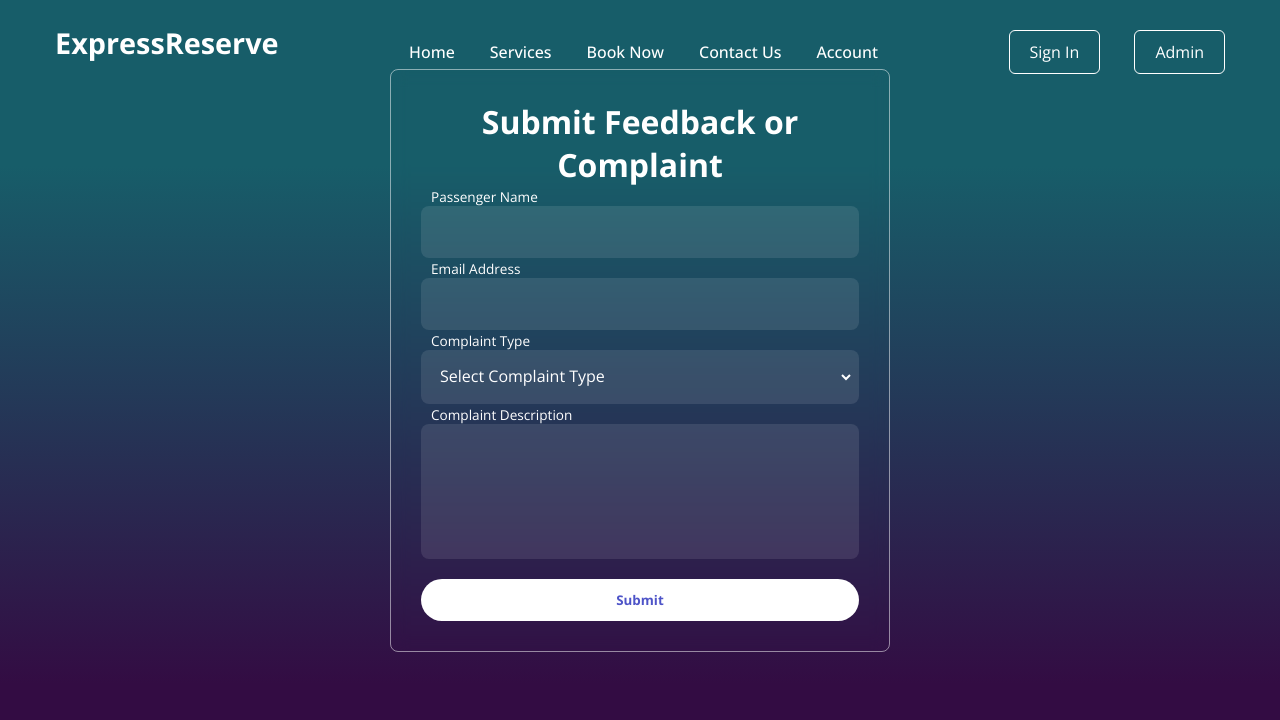
Repository: AmodhyaSharinda/Train-Reservation-system
Page: http://localhost/Train_reserve/ContactUs.jsp
An editor plug-in stored every save of this project. The page is shown before and after the next save, followed by the edit.
The browser window is 1280 px wide. The pictures show the whole page.
The page is served by Tomcat 9. Other server files are loaded and not shown.

Above is the page before, as saved 2024-10-08 08:17:58.

### Train reserve/src/main/webapp/ContactUs.jsp
<!DOCTYPE html>
<html lang="en">
<head>
    <meta charset="UTF-8">
    <meta name="viewport" content="width=device-width, initial-scale=1.0">
    <title>Feedback - Online Train Reservation System</title>
    <link rel="stylesheet" href="home.css">
    <style>
        /* Existing styles retained */
        @import url("https://fonts.googleapis.com/css2?family=Open+Sans:wght@300;400;500;600;700&display=swap");

        * {
		  margin: 0;
		  padding: 0;
		  box-sizing: border-box;
		  font-family: "Open Sans", sans-serif;
		}

        body {
            display: flex;
            align-items: center;
            justify-content: center;
            min-height: 100vh;
            width: 100%;
            padding: 0 10px;
  			background: linear-gradient(to bottom, #175d69 23%, #330c43 95%);
            position: relative;
        }

        .wrapper {
    		margin: 20px 0;
            width: 500px;
            border-radius: 8px;
            padding: 30px;
            text-align: center;
            border: 1px solid rgba(255, 255, 255, 0.5);
            backdrop-filter: blur(8px);
            -webkit-backdrop-filter: blur(8px);
        }

        h2 {
            font-size: 2rem;
            margin-bottom: 20px;
            color: #fff;
        }

        /* General styles */
.input-field {
    position: relative;
    margin: 20px 0;
    padding: 5px;
    background: rgba(255, 255, 255, 0.1);
    border-radius: 8px;
    transition: background 0.3s ease;
}

.input-field label {
    position: absolute;
    top: 50%;
    left: 10px;
    transform: translateY(-50%);
    color: rgba(255, 255, 255, 0.7);
    font-size: 16px;
    pointer-events: none;
    transition: 0.2s ease;
}

/* Style adjustments for the input, textarea, and select */
.input-field input,
.input-field textarea,
.input-field select {
    width: 100%;
    background: transparent;
    border: none;
    outline: none;
    font-size: 16px;
    padding: 10px;
    color: #fff;
}

/* Textarea specific styles */
.input-field textarea {
    height: 120px;
    resize: none;
}

/* Focus styles */
.input-field input:focus,
.input-field textarea:focus,
.input-field select:focus {
    background: rgba(255, 255, 255, 0.3);
    box-shadow: 0 0 5px rgba(255, 255, 255, 0.5);
}

/* Styles to keep label elevated */
.input-field input:focus ~ label,
.input-field input:valid ~ label,
.input-field textarea:focus ~ label,
.input-field textarea:valid ~ label,
.input-field select:focus ~ label,
.input-field select:valid ~ label,
.input-field input:not(:placeholder-shown) ~ label,
.input-field textarea:not(:placeholder-shown) ~ label,
.input-field select:not(:placeholder-shown) ~ label {
    top: -10px;
    font-size: 0.85rem;
    color: #fff;
}

.input-field select option {
    background: rgba(0, 0, 0, 0.9); /* Darker background for options */
    color: #fff; /* Text color for options */
}

/* Button styles */
button {
    width: 100%;
    padding: 12px;
    background-color: #fff;
    color: #4e54c8;
    font-weight: bold;
    border: none;
    border-radius: 30px;
    cursor: pointer;
    transition: background 0.3s ease;
}

button:hover {
    background-color: #8f94fb;
    color: #fff;
    box-shadow: 0 4px 20px rgba(143, 148, 251, 0.5);
}



    </style>
</head>
<body>
    <!-- Header section with navigation -->
    <header class="header">
        <nav class="navbar">
            <h2 class="logo"><a href="#">ExpressReserve</a></h2>
            <input type="checkbox" id="menu-toggle" />
            <label for="menu-toggle" id="hamburger-btn">
                <svg xmlns="http://www.w3.org/2000/svg" height="24" viewBox="0 0 24 24" width="24">
                    <path d="M3 12h18M3 6h18M3 18h18" stroke="currentColor" stroke-width="2" stroke-linecap="round"/>
                </svg>
            </label>
            <ul class="links">
                <li><a href="home.jsp">Home</a></li>
                <li><a href="#">Services</a></li>
                <li><a href="#">Book Now</a></li>
                <li><a href="#">Contact Us</a></li>
          		<li><a href="Account.jsp">Account</a></li>
            </ul>
            <div class="buttons">
	          <a href="login.jsp" class="signup">Sign In</a>
	          <a href="#" class="signup">Admin</a>
            </div>
        </nav>
    </header>

    <!-- Middle section for feedback form -->
    <div class="wrapper">
        <h2>Submit Feedback or Complaint</h2>
        <form action="SubmitFeedback" method="post">
		    <div class="input-field">
		        <input type="text" name="PassengerName" required autocomplete="off">
		        <label>Passenger Name</label>
		    </div>
		    <div class="input-field">
		        <input type="email" name="PassengerEmail" required autocomplete="off">
		        <label>Email Address</label>
		    </div>
		    <div class="input-field">
		        <select id="complaintType" name="complaintType" required>
		            <option value="">Select Complaint Type</option>
		            <option value="Train Services">Train Services</option>
		            <option value="Station Facilities">Station Facilities</option>
		            <option value="Staff Behavior">Staff Behavior</option>
		        </select>
		        <label>Complaint Type</label>
		    </div>
		    <div class="input-field">
		        <textarea id="complaintDescription" name="Feedback" required></textarea>
		        <label>Complaint Description</label>
		    </div>
		    <button type="submit">Submit</button>
		</form>

    </div>

</body>
</html>

### Train reserve/src/main/webapp/home.css
/* Importing Google font - Open Sans */
@import url("https://fonts.googleapis.com/css2?family=Open+Sans:wght@300;400;500;600;700&display=swap");

* {
  margin: 0;
  padding: 0;
  box-sizing: border-box;
  font-family: "Open Sans", sans-serif;
}

body {
  height: 100vh;
  width: 100%;
  background: linear-gradient(to bottom, #175d69 23%, #330c43 95%);
}

.header {
  position: fixed;
  top: 0;
  left: 0;
  width: 100%;
}

.navbar {
  display: flex;
  align-items: center;
  justify-content: space-between;
  max-width: 1200px;
  margin: 0 auto;
  padding: 20px 15px;
}

.navbar .logo a {
  font-size: 1.8rem;
  text-decoration: none;
  color: #fff;
}

.navbar .links {
  display: flex;
  align-items: center;
  list-style: none;
  gap: 35px;
}

.navbar .links a {
  font-weight: 500;
  text-decoration: none;
  color: #fff;
  padding: 10px 0;
  transition: 0.2s ease;
}

.navbar .links a:hover {
  color: #47b2e4;
}

.navbar .buttons a {
  text-decoration: none;
  color: #fff;
  font-size: 1rem;
  padding: 15px 0;
  transition: 0.2s ease;
}

.navbar .buttons a:not(:last-child) {
  margin-right: 30px;
}

.navbar .buttons .signin:hover {
  color: #47b2e4;
}

.navbar .buttons .signup {
  border: 1px solid #fff;
  padding: 10px 20px;
  border-radius: 0.375rem;
  text-align: center;
  transition: 0.2s ease;
}

.navbar .buttons .signup:hover {
  background-color: #47b2e4;
  color: #fff;
}

.hero-section {
  display: flex;
  justify-content: space-evenly;
  align-items: center;
  height: 95vh;
  padding: 0 15px;
  max-width: 1200px;
  margin: 0 auto;
}

.hero-section .hero {
  max-width: 50%;
  color: #fff;
}

.hero h2 {
  font-size: 2.5rem;
  margin-bottom: 20px;
}

.hero p {
  font-size: 1.2rem;
  margin-bottom: 20px;
  color: #c9c7c7;
}

.hero-section .img img {
  width: 517px;
}

.hero-section .buttons {
  margin-top: 40px;
}

.hero-section .buttons a {
  text-decoration: none;
  color: #fff;
  padding: 12px 24px;
  border-radius: 0.375rem;
  font-weight: 600;
  transition: 0.2s ease;
  display: inline-block;
}

.hero-section .buttons a:not(:last-child) {
  margin-right: 15px;
}

.buttons .join {
  background-color: #47b2e4;
}

.hero-section .buttons .learn {
  border: 1px solid #fff;
  border-radius: 0.375rem;
}

.hero-section .buttons a:hover {
  background-color: #47b2e4;
}

/* Hamburger menu styles */
#menu-toggle {
  display: none;
}

#hamburger-btn {
  font-size: 1.8rem;
  color: #fff;
  cursor: pointer;
  display: none;
  order: 1;
}

@media screen and (max-width: 1023px) {
  .navbar .logo a {
    font-size: 1.5rem;
  }

  .links {
    position: fixed;
    left: -100%;
    top: 75px;
    width: 100%;
    height: 100vh;
    padding-top: 50px;
    background: #175d69;
    flex-direction: column;
    transition: 0.3s ease;
  }

  .navbar #menu-toggle:checked ~ .links {
    left: 0;
  }

  .navbar #hamburger-btn {
    display: block;
  }

  .header .buttons {
    display: none;
  }

  .hero-section .hero {
    max-width: 100%;
    text-align: center;
  }

  .hero-section img {
    display: none;
  }


}

After the next save:
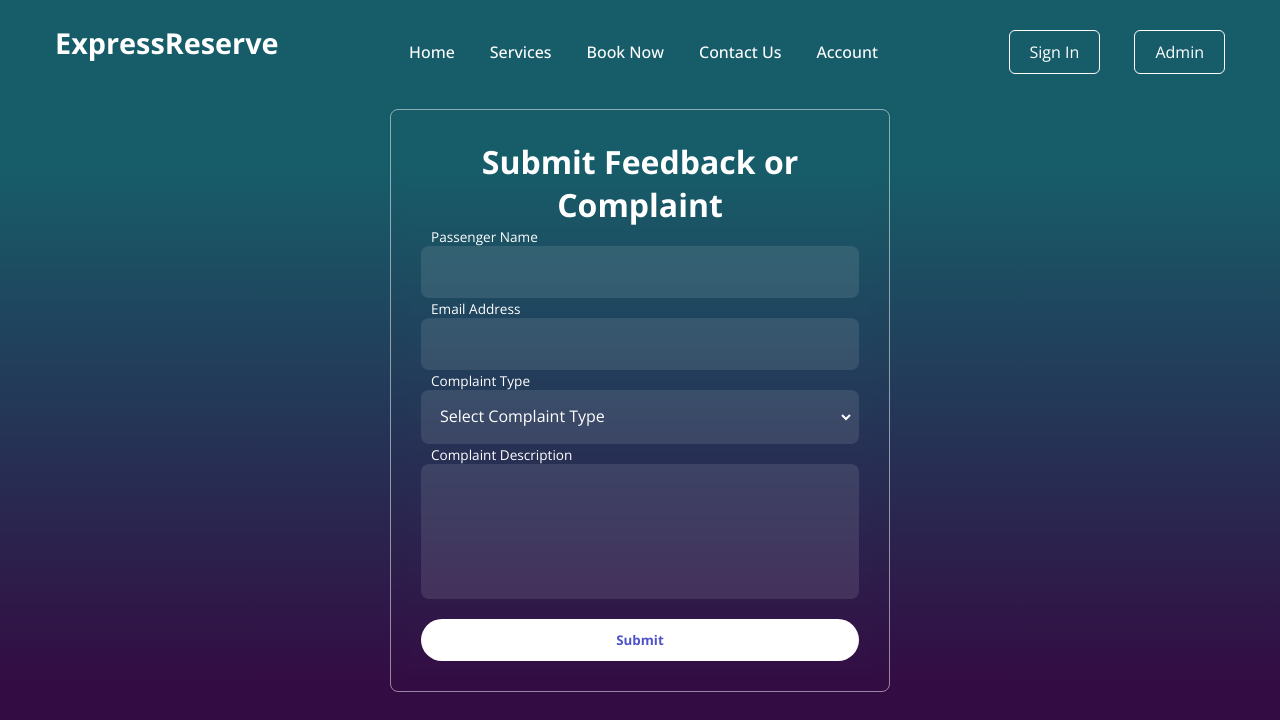
Saved 52 s later.
--- a/Train reserve/src/main/webapp/ContactUs.jsp
+++ b/Train reserve/src/main/webapp/ContactUs.jsp
@@ -28,7 +28,6 @@
         }
 
         .wrapper {
-    		margin: 20px 0;
             width: 500px;
             border-radius: 8px;
             padding: 30px;
@@ -36,6 +35,7 @@
             border: 1px solid rgba(255, 255, 255, 0.5);
             backdrop-filter: blur(8px);
             -webkit-backdrop-filter: blur(8px);
+    		margin-top: 80px;
         }
 
         h2 {
